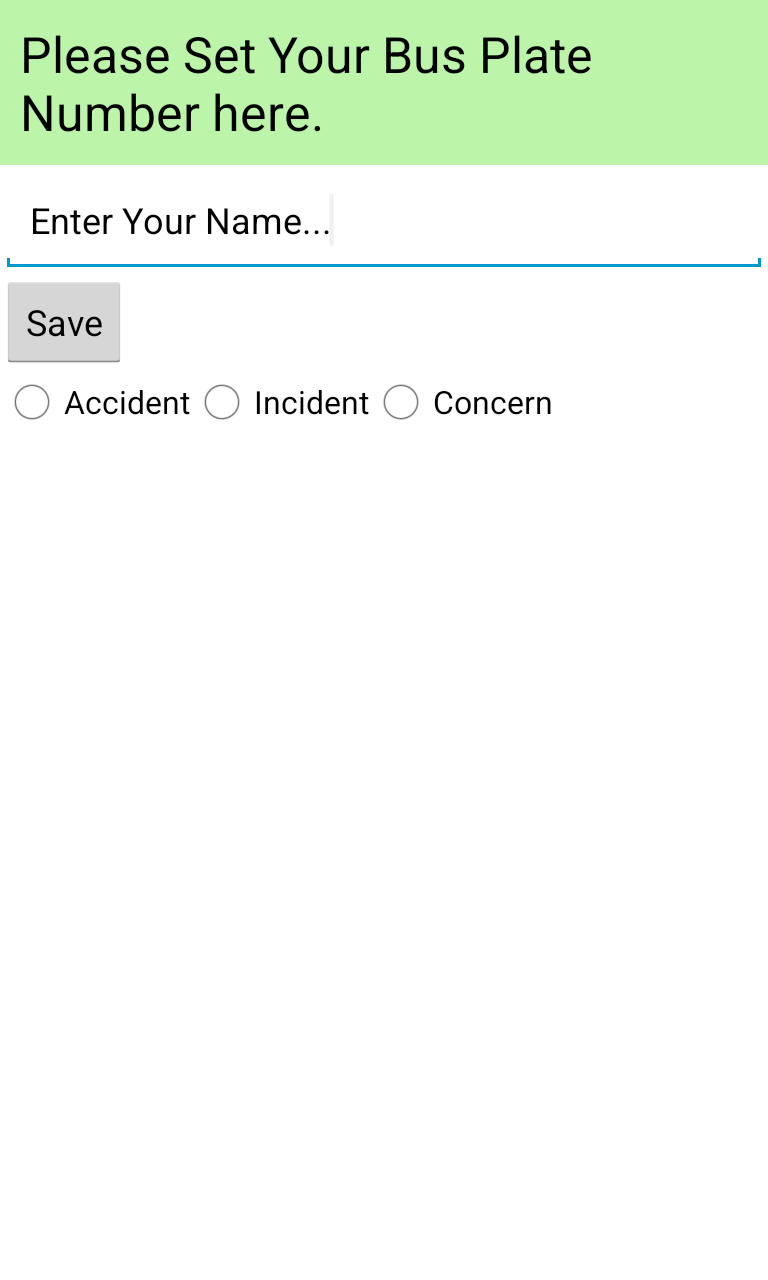
Repository: patheon17/myrepo2
Layout: workspace/UMBusTracker/res/layout/activity_set_plate_num.xml
An editor plug-in stored every save of this project. The layout is shown before and after the next save, followed by the edit.
It is drawn on a 768 x 1280 px phone screen (xhdpi) without system bars, with theme AppTheme; the app's code is not run.

Above is the layout before, as saved 2013-10-01 09:43:36.

### workspace/UMBusTracker/res/layout/activity_set_plate_num.xml
<LinearLayout xmlns:android="http://schemas.android.com/apk/res/android"
    xmlns:tools="http://schemas.android.com/tools"
    android:layout_width="match_parent"
    android:layout_height="match_parent"
    android:orientation="vertical"
    tools:context=".MainActivity" >

    <TextView
        android:id="@+id/textView1"
        android:layout_width="wrap_content"
        android:layout_height="wrap_content"
        android:background="@color/appbackground"
        android:padding="10sp"
        android:text="Please Set Your Bus Plate Number here."
        android:textAppearance="?android:attr/textAppearanceLarge"
        android:textSize="25sp" />

    <EditText
        android:id="@+id/editText1"
        android:layout_width="match_parent"
        android:layout_height="wrap_content"
        android:ems="10"
        android:text="Enter Your Name..."
        android:padding="15sp" >

        <requestFocus />
    </EditText>

    <Button
        android:id="@+id/button1"
        android:layout_width="wrap_content"
        android:layout_height="wrap_content"
        android:text="Save" />



    <RadioGroup
                android:layout_width="fill_parent"
                android:layout_height="wrap_content"
                android:orientation="horizontal">


     <RadioButton
        android:id="@+id/radioButtonaccident"
        android:layout_width="wrap_content"
        android:layout_height="wrap_content"
        android:text="Accident" />

    <RadioButton
        android:id="@+id/radioButtonincident"
        android:layout_width="wrap_content"
        android:layout_height="wrap_content"
        android:text="Incident" />

    <RadioButton
        android:id="@+id/radioButtonconcern"
        android:layout_width="wrap_content"
        android:layout_height="wrap_content"
        android:text="Concern" />

    </RadioGroup>

</LinearLayout>

### workspace/UMBusTracker/res/values/styles.xml
<resources>

    <!--
        Base application theme, dependent on API level. This theme is replaced
        by AppBaseTheme from res/values-vXX/styles.xml on newer devices.
    -->
    <style name="AppBaseTheme" parent="android:Theme.Light">
        <!--
            Theme customizations available in newer API levels can go in
            res/values-vXX/styles.xml, while customizations related to
            backward-compatibility can go here.
        -->
    </style>

    <!-- Application theme. -->
    <style name="AppTheme" parent="AppBaseTheme">
        <!-- All customizations that are NOT specific to a particular API-level can go here. -->
    </style>
    <color name="appbackground">#BCF5A9</color>

</resources>

Loaded but not shown: workspace/UMBusTracker/res/values-v11/styles.xml (common file); workspace/UMBusTracker/res/values-v14/styles.xml (common file)

After the next save:
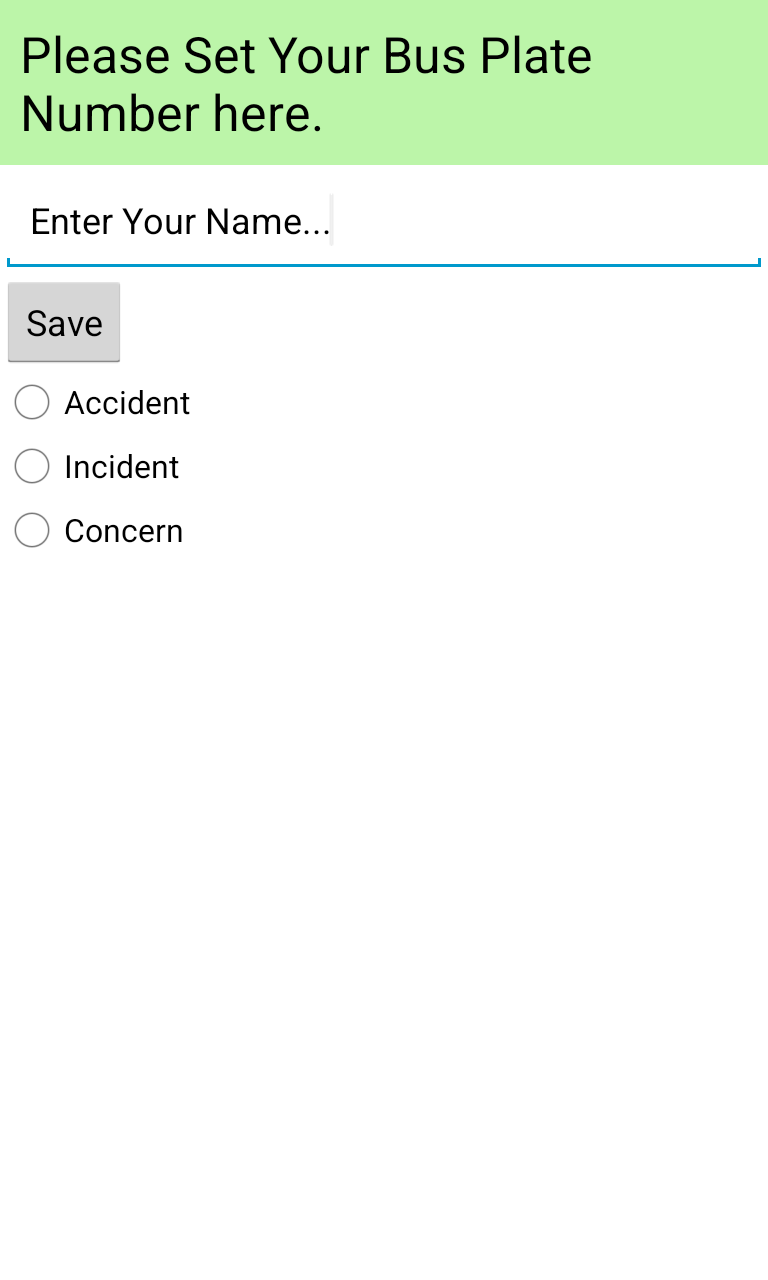
Saved 53 s later.
--- a/workspace/UMBusTracker/res/layout/activity_set_plate_num.xml
+++ b/workspace/UMBusTracker/res/layout/activity_set_plate_num.xml
@@ -37,7 +37,7 @@
     <RadioGroup
                 android:layout_width="fill_parent"
                 android:layout_height="wrap_content"
-                android:orientation="horizontal">
+                >
 
 
      <RadioButton
